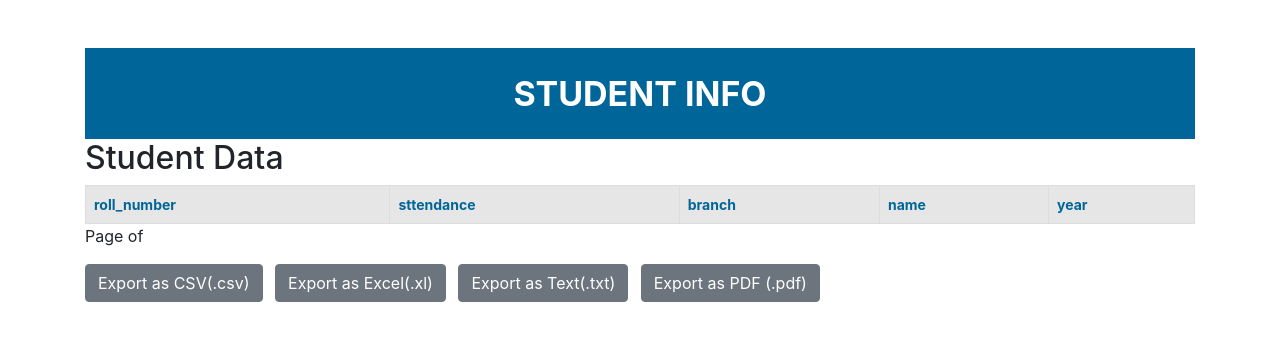
Repository: supranshu/CrystalReportGenerator
Page: http://localhost/produce_report
An editor plug-in stored every save of this project. The page is shown before and after the next save, followed by the edit.
The browser window is 1280 px wide. The pictures show the whole page.
The page is this project's Thymeleaf template; nobody is signed in. The template is opened directly, without the code that normally fills it, so the values that code supplies are empty.

Above is the page before, as saved 2023-08-03 17:38:03.

### com.report/src/main/resources/templates/produce_report.html
<!DOCTYPE html>
<html xmlns:th="http://www.thymeleaf.org">
<head>
    <meta charset="UTF-8">
    <title>Produce Report</title>
    <link rel="stylesheet" href="https://maxcdn.bootstrapcdn.com/bootstrap/4.5.2/css/bootstrap.min.css">
    <style>
        /* Apply CSS styles here to mimic the appearance of the JRXML table */
        /* You can use inline styles or link to an external CSS file */
        /* Example styles to get you started */
        table {
            border-collapse: collapse;
            width: 100%;
            text-align: right;
        }
        th, td {
            padding: 8px;
            text-align: left;
            border: 1px solid #ddd;
        }
        th {
            font-size: 14px;
            font-weight: bold;
            background-color: #E6E6E6;
            color: #006699;

        }
        td {
            font-size: 14px;
            font-weight: 500;
        }

        .page-header {
            background-color: #006699;
            color: #FFFFFF;
            text-align: center;
            font-size: 34px;
            font-weight: bold;
            padding: 20px;
        }
    </style>

</head>

<body>
    <div class="container mt-5">
        <div class="page-header">
	        STUDENT INFO
	    </div>


		    <h2>Student Data</h2>
		    <table>
		        <thead>
		            <tr>
		                <th>roll_number</th>
		                <th>sttendance</th>
		                <th>branch</th>
		                <th>name</th>
		                <th>year</th>
		            </tr>
		        </thead>
		        <tbody>
		            <!-- Loop through students and generate table rows -->
		            <tr th:each="student : ${students}">
		                <td th:text="${student.rollNumber}">Roll Number</td>
		                <td th:text="${student.attendance}">Attendance</td>
		                <td th:text="${student.branch}">Branch</td>
		                <td th:text="${student.name}">Name</td>
		                <td th:text="${student.year}">Year</td>
		            </tr>
		        </tbody>
		    </table>
		    <div class="page-footer">
		        Page <span th:text="${currentPage}"></span> of <span th:text="${totalPages}"></span>
		    </div>








        <div class="mt-3">
            <a class="btn btn-secondary mr-2" th:href="@{/export/csv(year=${year}, branch=${branch})}" target="_blank">Export as CSV(.csv)</a>
            <a class="btn btn-secondary mr-2" th:href="@{/export/excel(year=${year}, branch=${branch})}" target="_blank">Export as Excel(.xl)</a>
            <a class="btn btn-secondary mr-2" th:href="@{/export/notepad(year=${year}, branch=${branch})}" target="_blank">Export as Text(.txt)</a>
            <a class="btn btn-secondary" th:href="@{/export/pdf(year=${year}, branch=${branch})}" target="_blank">Export as PDF (.pdf)</a>
        </div>
    </div>


</body>
</html>

After the next save:
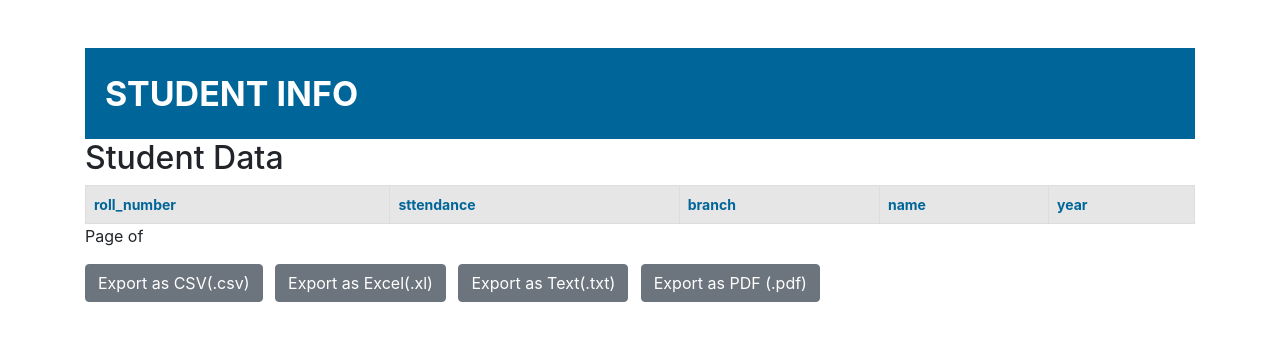
Saved 20 s later.
--- a/com.report/src/main/resources/templates/produce_report.html
+++ b/com.report/src/main/resources/templates/produce_report.html
@@ -11,7 +11,7 @@
         table {
             border-collapse: collapse;
             width: 100%;
-            text-align: right;
+
         }
         th, td {
             padding: 8px;
@@ -33,7 +33,7 @@
         .page-header {
             background-color: #006699;
             color: #FFFFFF;
-            text-align: center;
+            text-align: left;
             font-size: 34px;
             font-weight: bold;
             padding: 20px;

After the save that followed:
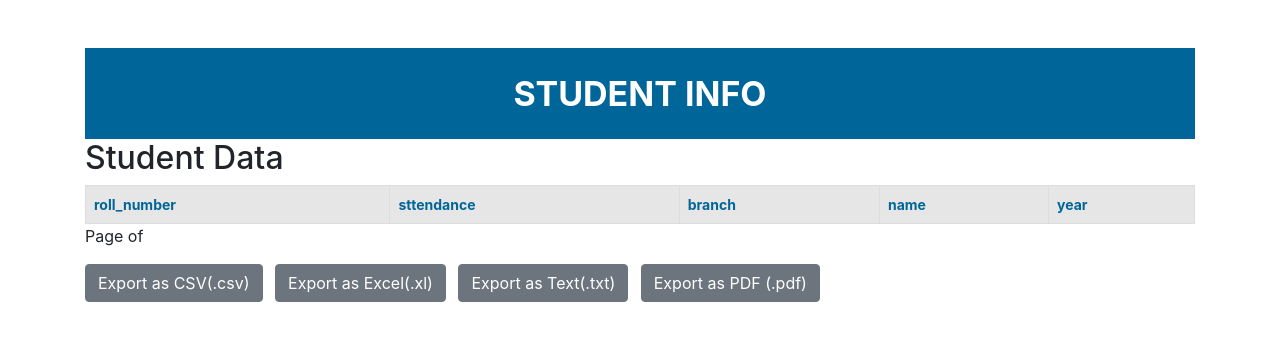
Saved 22 s later.
--- a/com.report/src/main/resources/templates/produce_report.html
+++ b/com.report/src/main/resources/templates/produce_report.html
@@ -33,7 +33,7 @@
         .page-header {
             background-color: #006699;
             color: #FFFFFF;
-            text-align: left;
+            text-align: center;
             font-size: 34px;
             font-weight: bold;
             padding: 20px;
